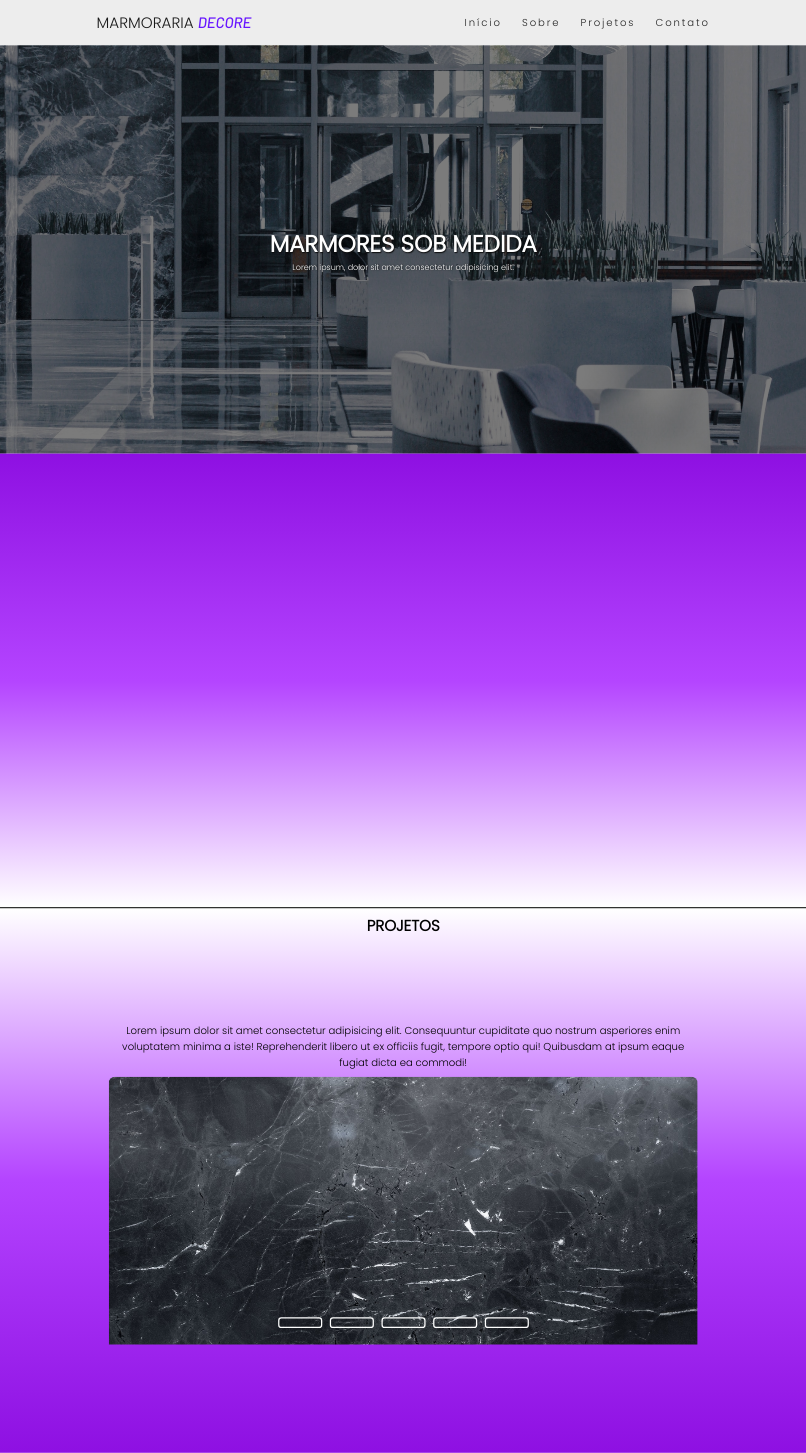
Repository: XFERRER7/projeto-xt7
Page: projetoMarmoraria/index.html
An editor plug-in stored every save of this project. The page is shown before and after the next save, followed by the edit.
The browser window is 1280 px wide. The pictures show the whole page, at 63% of full size.

Above is the page before, as saved 2022-04-21 17:11:01.

### projetoMarmoraria/index.html
<!DOCTYPE html>
<html lang="pt-br">

<head>
  <meta charset="UTF-8">
  <meta http-equiv="X-UA-Compatible" content="IE=edge">
  <meta name="viewport" content="width=device-width, initial-scale=1.0">
  <title>Marmoraria Decore</title>
  <link rel="stylesheet" href="css/style.css">

</head>

<body>
  <header>
    <nav>
      <a class="logo" href="#">MARMORARIA <span id="decore">DECORE</span></a>
      <div class="mobile-menu">
        <div class="line1"></div>
        <div class="line2"></div>
        <div class="line3"></div>
      </div>
      <ul class="nav-list">
        <li><a href="#">Início</a></li>
        <li><a href="#">Sobre</a></li>
        <li><a href="#">Projetos</a></li>
        <li><a href="#">Contato</a></li>
      </ul>
    </nav>
    <div class="hero-section">
      <div class="hero-section-text">
        <h1 id="titulo-header">MARMORES SOB MEDIDA</h1>
        <p id="paragrafo-header">Lorem ipsum, dolor sit amet consectetur adipisicing elit.</p>
      </div>
    </div>
  </header>
  <main>


    <section class="section-b">

    </section>




    <div id="divisa"></div>





    <section class="section-a">
      <h1 id="section-a-h1">PROJETOS</h1>
      <div class="content">
        <p class="desc" id="descricao">Lorem ipsum dolor sit amet consectetur adipisicing elit. Consequuntur cupiditate quo nostrum asperiores enim voluptatem minima a iste! Reprehenderit libero ut ex officiis fugit, tempore optio qui! Quibusdam at ipsum eaque fugiat dicta ea commodi!</p>
        <div class="slides">
          <input type="radio" name="slide" id="slide1" checked>
          <input type="radio" name="slide" id="slide2">
          <input type="radio" name="slide" id="slide3">
          <input type="radio" name="slide" id="slide4">
          <input type="radio" name="slide" id="slide5">
          <div class="slide s1">
            <img src="./img/2.jpg" alt="img-1">
          </div>
          <div class="slide">
            <img src="./img/1.jpg" alt="img-2">
          </div>
          <div class="slide">
            <img src="./img/3.jpg" alt="img-3">
          </div>
          <div class="slide">
            <img src="./img/4.jpg" alt="img-4">
          </div>
          <div class="slide">
            <img src="./img/5.jpg" alt="img-5">
          </div>
        </div>
        <div class="navigation">
          <!-- Aqui ficará os labels para selecionar os inputs das imagens-->
          <label class="bar" id="lbl1" for="slide1" onclick="mudarTextoLbl1()"></label>
          <label class="bar" id="lbl2" for="slide2" onclick="mudarTextoLbl2()"></label>
          <label class="bar" id="lbl3" for="slide3" onclick="mudarTextoLbl3()"></label>
          <label class="bar" id="lbl4" for="slide4" onclick="mudarTextoLbl4()"></label>
          <label class="bar" id="lbl5" for="slide5" onclick="mudarTextoLbl5()"></label>
        </div>
      </div>
    </section>

  </main>




  <script src="js/menu-bar.js"></script>
  <script src="js/changeText.js"></script>

  <footer>

  </footer>
</body>

</html>

### projetoMarmoraria/css/style.css
@import url('https://fonts.googleapis.com/css2?family=Poppins:ital,wght@0,300;1,100&display=swap');
@import url('https://fonts.googleapis.com/css2?family=Barlow:ital,wght@1,500&display=swap');
* {
    margin: 0;
    padding: 0;
    box-sizing: border-box;
    font-family: 'Poppins', sans-serif;
}

::-webkit-scrollbar {
  width: 15px;
}

::-webkit-scrollbar-track {
  background: #ffffff;

}

::-webkit-scrollbar-thumb {
  background: rgb(154, 2, 255);
  border-radius: 3px;
}

/*----------------------------------MENU-BAR----------------------------------*/
a {
  color: rgb(37, 37, 37);
  text-decoration: none;
  transition: 0.8s;
}

a:hover {
  color: blue;
  opacity: 0.7;
}

.logo {
  font-size: 1.5em;
  text-transform: uppercase;
  color: rgb(26, 26, 26);
}

#decore {
  font-family: 'Barlow', sans-serif;
  color: #6817ff;
}

nav {
  display: flex;
  justify-content: space-around;
  align-items: center;
  font-family: 'Poppins', sans-serif;
  background: #ededed;
  height: 10vh;
}


.nav-list {
  list-style: none;
  display: flex;
}

.nav-list li {
  letter-spacing: 3px;
  margin-left: 32px;
}

.mobile-menu {
  display: none;
  cursor: pointer;
}

.mobile-menu div {
  width: 32px;
  height: 2px;
  background: rgb(20, 24, 255);
  margin: 8px;
  transition: 0.3s;
}

@media (max-width: 999px) {
  body {
    overflow-x: hidden;
  }

  .logo {
    font-size: 1.8rem;
  }

  .nav-list {
    overflow-x: hidden;
    position: fixed;
    top: 10vh;
    right: 0;
    width: 50vw;
    height: 40vh;
    background: #ededed;
    flex-direction: column;
    align-items: center;
    justify-content: space-around;
    transform: translateX(100%);
    transition: transform 0.3s ease-in;
  }
  .nav-list li {
    margin-left: 0;
    opacity: 0;
  }
  .mobile-menu {
    display: block;
  }
}

.nav-list.active {
  transform: translateX(0);
}

@keyframes navLinkFade {
  from {
    opacity: 0;
    transform: translateX(50px);
  }
  to {
    opacity: 1;
    transform: translateX(0);
  }
}

.mobile-menu.active .line1 {
  transform: rotate(-45deg) translate(-8px, 8px);
}

.mobile-menu.active .line2 {
  opacity: 0;
}

.mobile-menu.active .line3 {
  transform: rotate(45deg) translate(-5px, -7px);
}

/*------------------------------IMAGEM DO HEADER------------------------------*/
.hero-section {
  background-image: linear-gradient(to bottom, rgba(0, 0, 0, 0.516),rgba(0, 0, 0, 0.516)), url(../img/img-header.jpg);
  background-position: 50%;
  background-repeat: no-repeat;
  background-size: cover;
  height: 90vh;
  text-align: center;
  display: -webkit-flex;
  display: -ms-flexbox;
  display: flex;
  -webkit-align-items: center;
      -ms-flex-align: center;
          align-items: center;
  -webkit-justify-content: center;
      -ms-flex-pack: center;
          justify-content: center;
}

#titulo-header {
  font-size: 2.3rem;
}

#paragrafo-header {
  font-size: 0.8rem;
}

.hero-section .hero-section-text {
  color: #fefefe;
  text-shadow: 1px 1px 2px #0a0a0a;
}


main {
  margin: 0;
  padding: 0;
  height: 150vh;
  width: 100%;
  position: absolute;
}

/*------------------------------------Sobre------------------------------------*/



















/*------------------------------Slider de imagens------------------------------*/

.section-a {
  height: 120vh;
  background-image: linear-gradient(to bottom, #fff, rgb(180, 68, 255), rgb(142, 16, 226));
  position: relative;
}

#section-a-h1 {
  text-align: center;
  padding-top: 10px;
}

.content {
  height: 520px;
  width: 935px;
  overflow: hidden;
  position: absolute;
  top: 50%;
  left: 50%;
  transform: translate(-50%, -50%);
}

.desc {
  text-align: center;
  padding: 10px;
}

.navigation {
  position: absolute;
  bottom: 20px;
  left: 50%;
  transform: translate(-50%);
  display: flex;
}

.bar {
  width: 70px;
  height: 17px;
  border: 2px solid rgb(255, 255, 255);
  margin: 6px;
  border-radius: 5px;
  cursor: pointer;
  transition: .4s;
}

.bar:hover {
  background: #fff;
}

input {
  display: none;
}

.slides {
  display: flex;
  width: 500%;
  height: 100%;
}

.slide {
  width: 20%;
  transition: .6s;
}

.slide img {
  width: 100%;
  height: 100%;
  border-radius: 10px;
}

#slide1:checked ~ .s1 {
  margin-left: 0;
}

#slide2:checked ~ .s1 {
  margin-left: -20%;
}

#slide3:checked ~ .s1 {
  margin-left: -40%;
}

#slide4:checked ~ .s1 {
  margin-left: -60%;
}

#slide5:checked ~ .s1 {
  margin-left: -80%;
}

@media (max-width: 999px) {

  .content {
    margin-top: -350px;
    width: 100%;

  }



}

#divisa {
  height: 2px;
  background-color: #000000;
}

.section-b {
  height: 100vh;
  background-image: linear-gradient(to top, #fff, rgb(180, 68, 255), rgb(142, 16, 226));
}

### projetoMarmoraria/js/menu-bar.js
class MobileNavbar {
  constructor(mobileMenu, navList, navLinks) {
    this.mobileMenu = document.querySelector(mobileMenu);
    this.navList = document.querySelector(navList);
    this.navLinks = document.querySelectorAll(navLinks);
    this.activeClass = "active";

    this.handleClick = this.handleClick.bind(this);
  }

  animateLinks() {
    this.navLinks.forEach((link, index) => {
      link.style.animation
        ? (link.style.animation = "")
        : (link.style.animation = `navLinkFade 0.5s ease forwards ${
            index / 7 + 0.3
          }s`);
    });
  }

  handleClick() {
    this.navList.classList.toggle(this.activeClass);
    this.mobileMenu.classList.toggle(this.activeClass);
    this.animateLinks();
  }

  addClickEvent() {
    this.mobileMenu.addEventListener("click", this.handleClick);
  }

  init() {
    if (this.mobileMenu) {
      this.addClickEvent();
    }
    return this;
  }
}

const mobileNavbar = new MobileNavbar(
  ".mobile-menu",
  ".nav-list",
  ".nav-list li",
);
mobileNavbar.init();

### projetoMarmoraria/js/changeText.js
function mudarTextoLbl1() {
  document.getElementById('descricao').textContent = "Lorem ipsum dolor sit amet consectetur adipisicing elit. Hic, nisi exercitationem harum officia facilis nihil vitae eligendi provident architecto quis quod unde quas incidunt assumenda corporis iste repudiandae esse voluptatibus?";
}
function mudarTextoLbl2() {
  document.getElementById('descricao').textContent = "Lorem ipsum dolor sit, amet consectetur adipisicing elit. Sapiente distinctio ipsa incidunt non exercitationem laboriosam animi id accusamus placeat, commodi, veniam rerum ut! Fugiat tenetur unde nihil minima fuga veniam odio nulla pariatur eum reiciendis.";
}
function mudarTextoLbl3() {
  document.getElementById('descricao').textContent = "Lorem ipsum dolor sit amet consectetur adipisicing elit. Quas nisi saepe nobis? Maxime blanditiis illo animi tempora maiores expedita qui eum, iusto, ratione odit quia repellendus delectus voluptate nobis nam tenetur, officiis magnam quisquam fugiat dicta nisi id natus. Magnam.";
}
function mudarTextoLbl4() {
  document.getElementById('descricao').textContent = "Lorem ipsum dolor sit amet, consectetur adipisicing elit. Quos eius dolor libero iste impedit nesciunt animi totam corporis id quod.";
}
function mudarTextoLbl5() {
  document.getElementById('descricao').textContent = "Lorem ipsum dolor sit amet, consectetur adipisicing elit. Obcaecati nulla quos quia? Consectetur laudantium illum asperiores excepturi. Itaque ab, rem tempore ullam, fugit aspernatur est alias quaerat expedita nulla, unde recusandae dolore quidem reiciendis atque?";
}

After the next save:
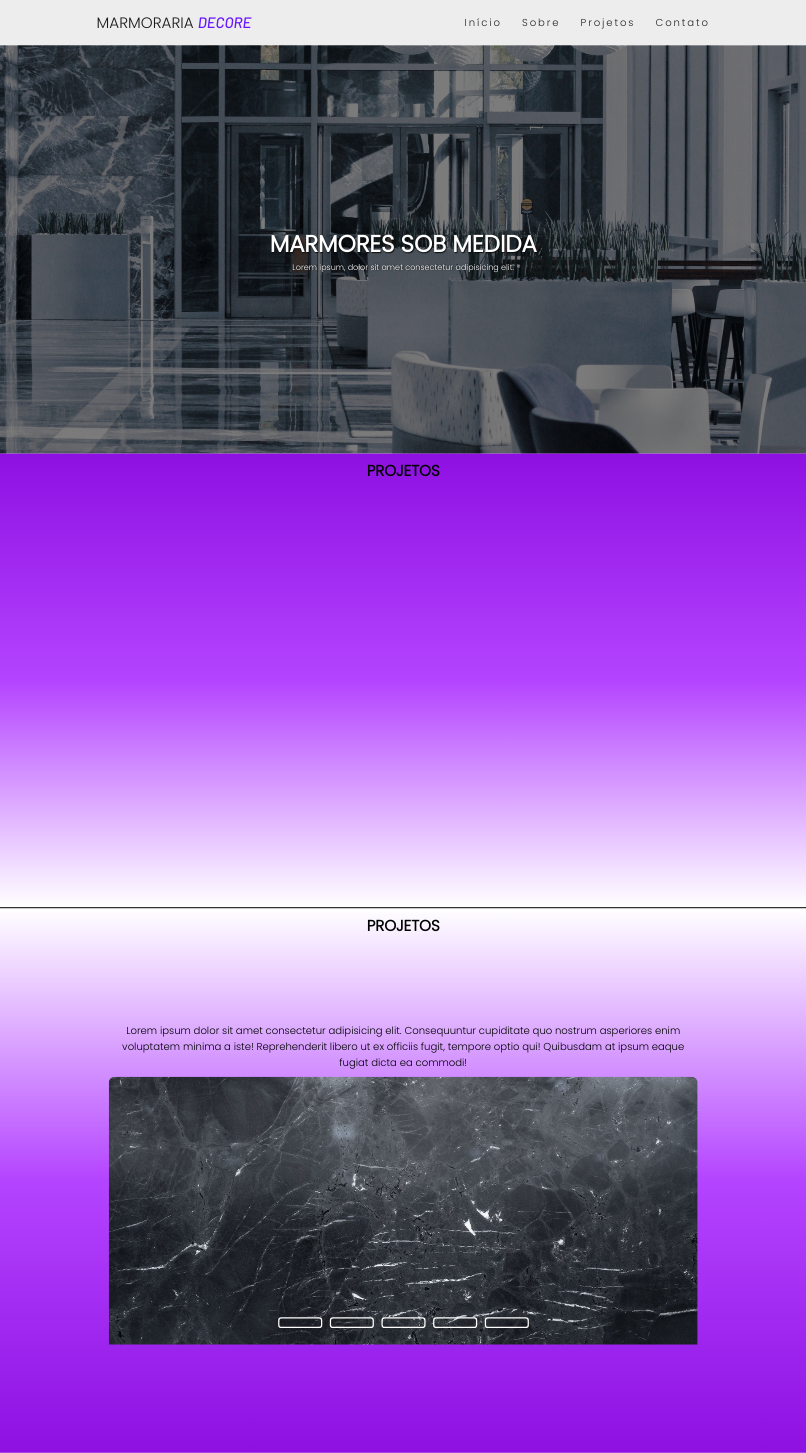
Saved 5 s later.
--- a/projetoMarmoraria/index.html
+++ b/projetoMarmoraria/index.html
@@ -37,7 +37,7 @@
 
 
     <section class="section-b">
-
+      <h1 id="section-a-h1">PROJETOS</h1>
     </section>
 
 
